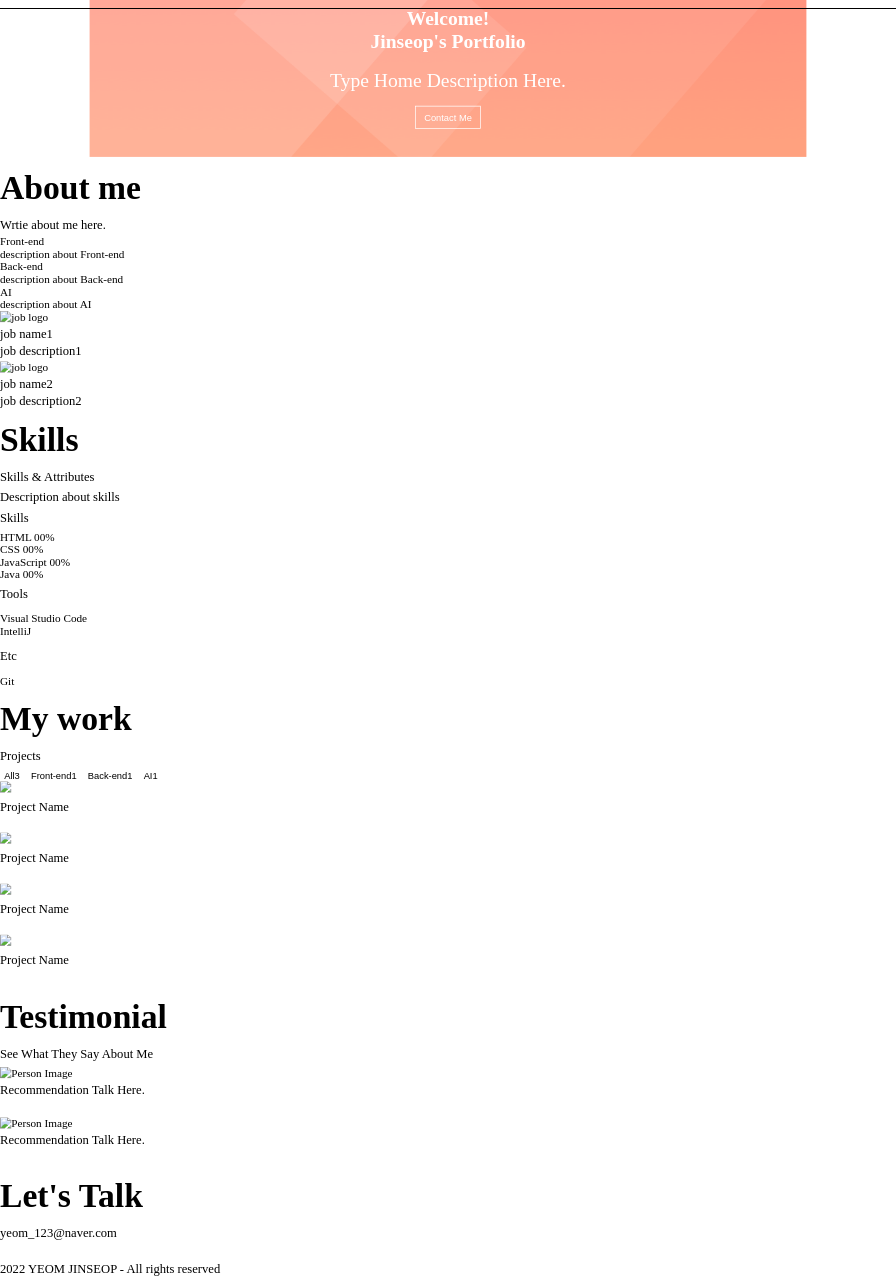
Repository: YEOMJINSEOP/yeomjinseop.github.io
Page: index.html
These files come from the project's save history. The page is drawn as it stood at one moment and after the next save; the edit follows.
The browser window is 1280 px wide. The pictures show the part of the page from y = 353 to 2273 px (the page is 2180 px tall before and 2704 px after), at 70% of full size.
Some web libraries are served in a nearby version.

Above is the page before, as saved 2022-08-14 12:07:49.

After the next save:
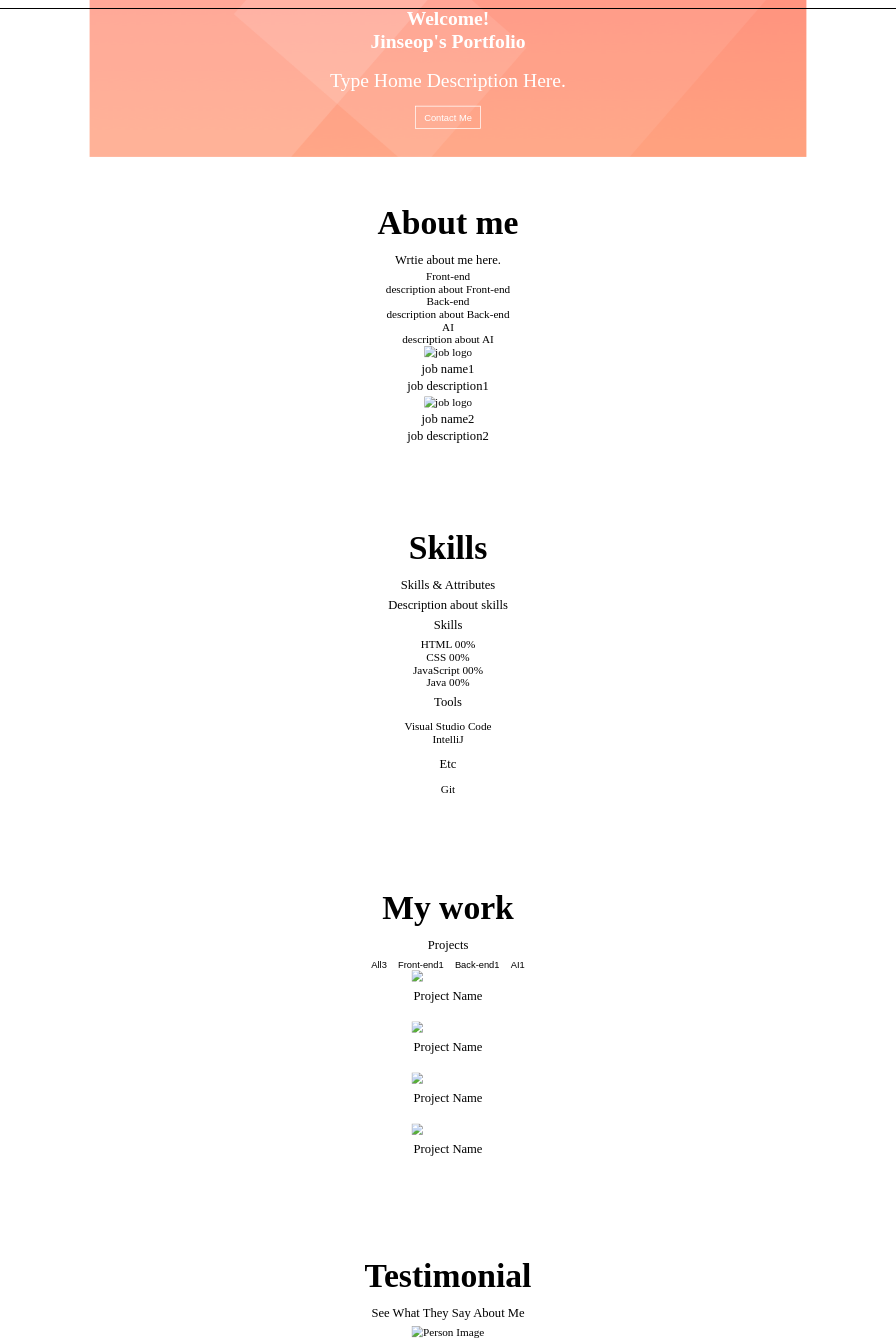
Saved 19 s later.
--- a/index.html
+++ b/index.html
@@ -47,7 +47,7 @@
   </nav>
 
   <!-- Home -->
-  <section id="home">
+  <section id="home" class="section">
     <img src="/images/whileimage.png" alt="Jinseop's image" class="home__avatar">
     <h1 class="home__title">Welcome! <br/> Jinseop's Portfolio</h1>
     <h3 class="home__description">Type Home Description Here.</h3>
@@ -55,7 +55,7 @@
   </section>
 
   <!--About-->
-  <section id="about">
+  <section id="about" class="section">
     <h1>About me</h1>
     <p>Wrtie about me here.</p>
     <div class="about__majors">
@@ -112,7 +112,7 @@
   </section>
 
   <!--Skills-->
-  <section id="skills">
+  <section id="skills" class="section">
     <h1>Skills</h1>
     <h3>Skills & Attributes</h3>
     <p>Description about skills</p>
@@ -184,7 +184,7 @@
   </section>
 
   <!--Work-->
-  <section id="work">
+  <section id="work" class="section">
     <h1>My work</h1>
     <h3>Projects</h3>
     <div class="work__categories">
@@ -230,7 +230,7 @@
   </section>
 
   <!--Testimonial-->
-  <section id="testimonial">
+  <section id="testimonial" class="section">
     <h1>Testimonial</h1>
     <h3>See What They Say About Me</h3>
     <div class="testimonials">
@@ -253,7 +253,7 @@
   </section>
 
   <!--Contact-->
-  <section id="contact">
+  <section id="contact" class="section">
     <h1>Let's Talk</h1>
     <h3>yeom_123@naver.com</h3>
     <div class="contact_links">
